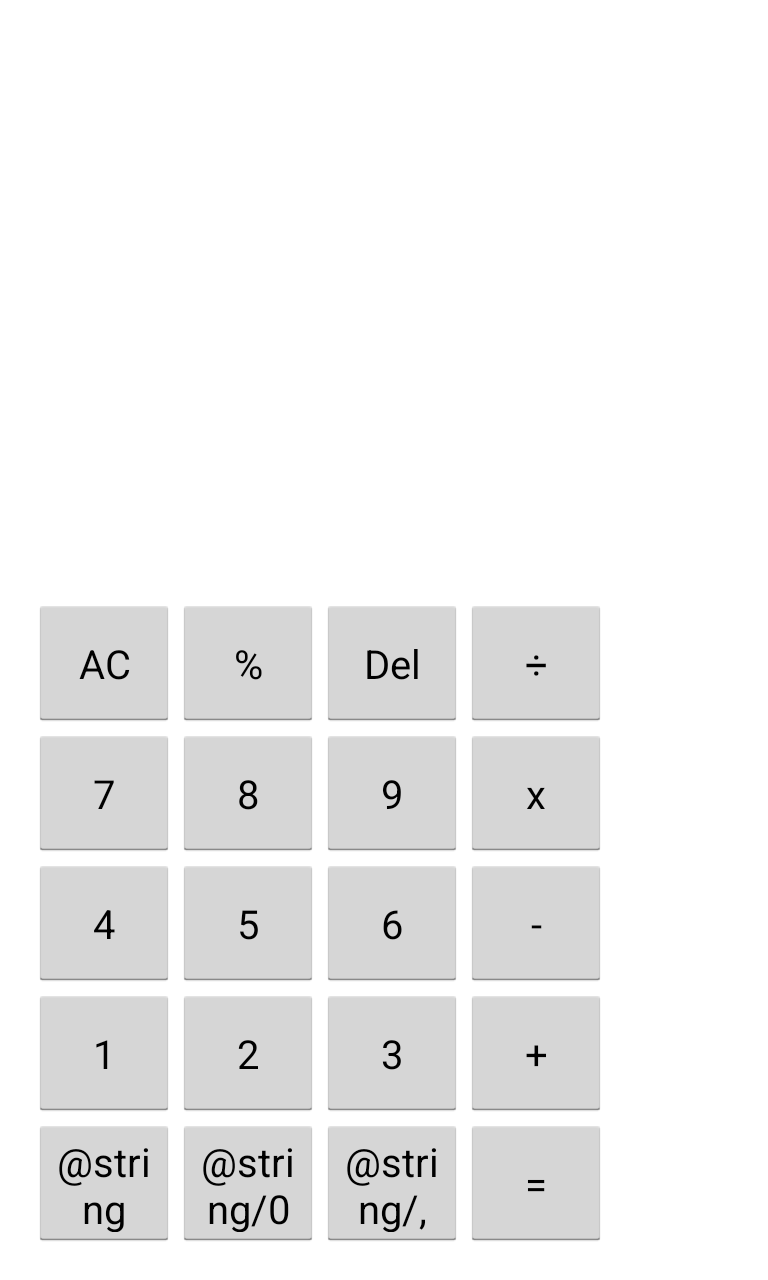
Repository: kisahtegar/mp_java_si6
Layout: MyCalculator/res/layout/activity_main.xml
An editor plug-in stored every save of this project. The layout is shown before and after the next save, followed by the edit.
It is drawn on a 768 x 1280 px phone screen (xhdpi) without system bars, with theme AppTheme; the app's code is not run.

Above is the layout before, as saved 2024-05-14 10:34:03.

### MyCalculator/res/layout/activity_main.xml
<RelativeLayout xmlns:android="http://schemas.android.com/apk/res/android"
    xmlns:tools="http://schemas.android.com/tools"
    android:layout_width="match_parent"
    android:layout_height="match_parent"
    android:paddingBottom="@dimen/activity_vertical_margin"
    android:paddingLeft="@dimen/activity_horizontal_margin"
    android:paddingRight="@dimen/activity_horizontal_margin"
    android:paddingTop="@dimen/activity_vertical_margin"
    tools:context=".MainActivity" >

    <!-- First Layer -->
    <Button
        android:id="@+id/btnDoubleZero"
        style="?android:attr/buttonStyleSmall"
        android:layout_width="72dp"
        android:layout_height="65dp"
        android:layout_alignParentBottom="true"
        android:layout_alignParentLeft="true"
        android:text="@string/00"
        android:textSize="20sp" />

    <Button
        android:id="@+id/btnZero"
        style="?android:attr/buttonStyleSmall"
        android:layout_width="72dp"
        android:layout_height="65dp"
        android:layout_alignParentBottom="true"
        android:layout_toRightOf="@+id/btnDoubleZero"
        android:text="@string/0"
        android:textSize="20sp" />

    <Button
        android:id="@+id/btnComma"
        style="?android:attr/buttonStyleSmall"
        android:layout_width="72dp"
        android:layout_height="65dp"
        android:layout_alignParentBottom="true"
        android:layout_toRightOf="@+id/btnZero"
        android:text="@string/,"
        android:textSize="20sp" />

    <Button
        android:id="@+id/btnEqual"
        style="?android:attr/buttonStyleSmall"
        android:layout_width="72dp"
        android:layout_height="65dp"
        android:layout_alignParentBottom="true"
        android:layout_toRightOf="@+id/btnComma"
        android:text="="
        android:textSize="20sp" />

    <!-- Second Layer -->
    <Button
        android:id="@+id/btnOne"
        style="?android:attr/buttonStyleSmall"
        android:layout_width="72dp"
        android:layout_height="65dp"
        android:layout_above="@+id/btnDoubleZero"
        android:layout_alignParentLeft="true"
        android:text="1"
        android:textSize="20sp" />

    <Button
        android:id="@+id/btnTwo"
        style="?android:attr/buttonStyleSmall"
        android:layout_width="72dp"
        android:layout_height="65dp"
        android:layout_above="@+id/btnZero"
        android:layout_toRightOf="@+id/btnOne"
        android:text="2"
        android:textSize="20sp" />

    <Button
        android:id="@+id/btnThree"
        style="?android:attr/buttonStyleSmall"
        android:layout_width="72dp"
        android:layout_height="65dp"
        android:layout_above="@+id/btnComma"
        android:layout_toRightOf="@+id/btnTwo"
        android:text="3"
        android:textSize="20sp" />

    <Button
        android:id="@+id/btnPlus"
        style="?android:attr/buttonStyleSmall"
        android:layout_width="72dp"
        android:layout_height="65dp"
        android:layout_above="@+id/btnEqual"
        android:layout_toRightOf="@+id/btnThree"
        android:text="+"
        android:textSize="20sp" />

    <!-- Third Layer -->
    <Button
        android:id="@+id/btnFour"
        style="?android:attr/buttonStyleSmall"
        android:layout_width="72dp"
        android:layout_height="65dp"
        android:layout_above="@+id/btnOne"
        android:layout_alignParentLeft="true"
        android:text="4"
        android:textSize="20sp" />

    <Button
        android:id="@+id/btnFive"
        style="?android:attr/buttonStyleSmall"
        android:layout_width="72dp"
        android:layout_height="65dp"
        android:layout_above="@+id/btnTwo"
        android:layout_toRightOf="@+id/btnFour"
        android:text="5"
        android:textSize="20sp" />

    <Button
        android:id="@+id/btnSix"
        style="?android:attr/buttonStyleSmall"
        android:layout_width="72dp"
        android:layout_height="65dp"
        android:layout_above="@+id/btnThree"
        android:layout_toRightOf="@+id/btnFive"
        android:text="6"
        android:textSize="20sp" />

    <Button
        android:id="@+id/btnMinus"
        style="?android:attr/buttonStyleSmall"
        android:layout_width="72dp"
        android:layout_height="65dp"
        android:layout_above="@+id/btnPlus"
        android:layout_toRightOf="@+id/btnSix"
        android:text="-"
        android:textSize="20sp" />

    <!-- Fourth Layer -->
    <Button
        android:id="@+id/btnSeven"
        style="?android:attr/buttonStyleSmall"
        android:layout_width="72dp"
        android:layout_height="65dp"
        android:layout_above="@+id/btnFour"
        android:layout_alignParentLeft="true"
        android:text="7"
        android:textSize="20sp" />

    <Button
        android:id="@+id/btnEight"
        style="?android:attr/buttonStyleSmall"
        android:layout_width="72dp"
        android:layout_height="65dp"
        android:layout_above="@+id/btnFive"
        android:layout_toRightOf="@+id/btnSeven"
        android:text="8"
        android:textSize="20sp" />

    <Button
        android:id="@+id/btnNine"
        style="?android:attr/buttonStyleSmall"
        android:layout_width="72dp"
        android:layout_height="65dp"
        android:layout_above="@+id/btnSix"
        android:layout_toRightOf="@+id/btnEight"
        android:text="9"
        android:textSize="20sp" />

    <Button
        android:id="@+id/btnMultiple"
        style="?android:attr/buttonStyleSmall"
        android:layout_width="72dp"
        android:layout_height="65dp"
        android:layout_above="@+id/btnMinus"
        android:layout_toRightOf="@+id/btnNine"
        android:text="x"
        android:textSize="20sp" />

    <!-- Five Layer -->
    <Button
        android:id="@+id/btnClearAll"
        style="?android:attr/buttonStyleSmall"
        android:layout_width="72dp"
        android:layout_height="65dp"
        android:layout_above="@+id/btnSeven"
        android:layout_alignParentLeft="true"
        android:text="AC"
        android:textSize="20sp" />

    <Button
        android:id="@+id/btnPercent"
        style="?android:attr/buttonStyleSmall"
        android:layout_width="72dp"
        android:layout_height="65dp"
        android:layout_above="@+id/btnEight"
        android:layout_toRightOf="@+id/btnClearAll"
        android:text="%"
        android:textSize="20sp" />

    <Button
        android:id="@+id/btnDelete"
        style="?android:attr/buttonStyleSmall"
        android:layout_width="72dp"
        android:layout_height="65dp"
        android:layout_above="@+id/btnNine"
        android:layout_toRightOf="@+id/btnPercent"
        android:text="Del"
        android:textSize="20sp" />

    <Button
        android:id="@+id/btnDivide"
        style="?android:attr/buttonStyleSmall"
        android:layout_width="72dp"
        android:layout_height="65dp"
        android:layout_above="@+id/btnMultiple"
        android:layout_toRightOf="@+id/btnDelete"
        android:text="÷"
        android:textSize="20sp" />

</RelativeLayout>

### MyCalculator/res/values/strings.xml
<?xml version="1.0" encoding="utf-8"?>
<resources>

    <string name="app_name">My Calculator</string>
    <string name="action_settings">Settings</string>
    <string name="hello_world">Hello world!</string>

    <string name="00">00</string>
    <string name="0">0</string>
    <string name="1">1</string>
    <string name="2">2</string>
    <string name="3">3</string>
    <string name="4">4</string>
    <string name="5">5</string>
    <string name="6">6</string>
    <string name="7">7</string>
    <string name="8">8</string>
    <string name="9">9</string>
    <string name=",">,</string>
    <string name="=">=</string>
    <string name="-">-</string>
    <string name="x">x</string>
    <string name="÷"></string>
    <string name="del">Del</string>
    <string name="delAll">AC</string>

</resources>

Loaded but not shown: MyCalculator/res/values/styles.xml (common file); MyCalculator/res/values-v11/styles.xml (common file); MyCalculator/res/values-v14/styles.xml (common file); MyCalculator/res/values/dimens.xml (common file)

After the next save:
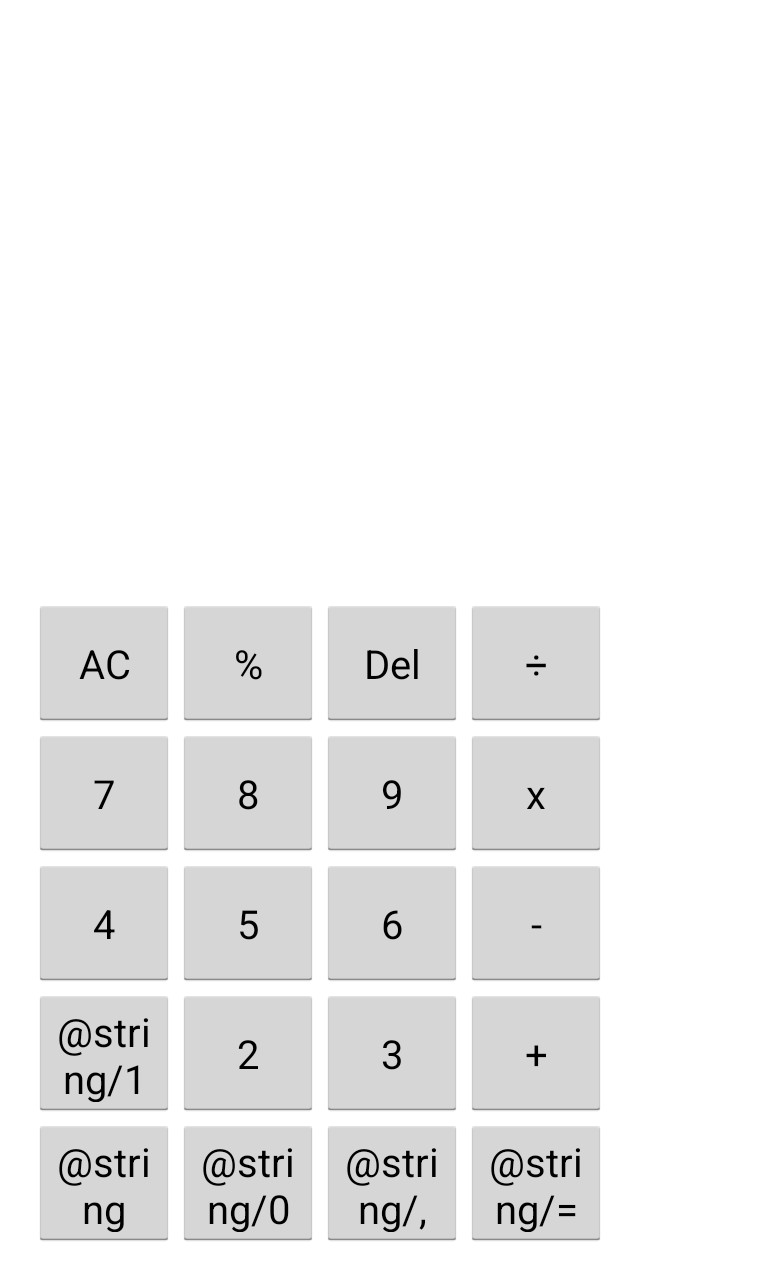
Saved 7 s later.
--- a/MyCalculator/res/layout/activity_main.xml
+++ b/MyCalculator/res/layout/activity_main.xml
@@ -46,7 +46,7 @@
         android:layout_height="65dp"
         android:layout_alignParentBottom="true"
         android:layout_toRightOf="@+id/btnComma"
-        android:text="="
+        android:text="@string/="
         android:textSize="20sp" />
 
     <!-- Second Layer -->
@@ -57,7 +57,7 @@
         android:layout_height="65dp"
         android:layout_above="@+id/btnDoubleZero"
         android:layout_alignParentLeft="true"
-        android:text="1"
+        android:text="@string/1"
         android:textSize="20sp" />
 
     <Button
